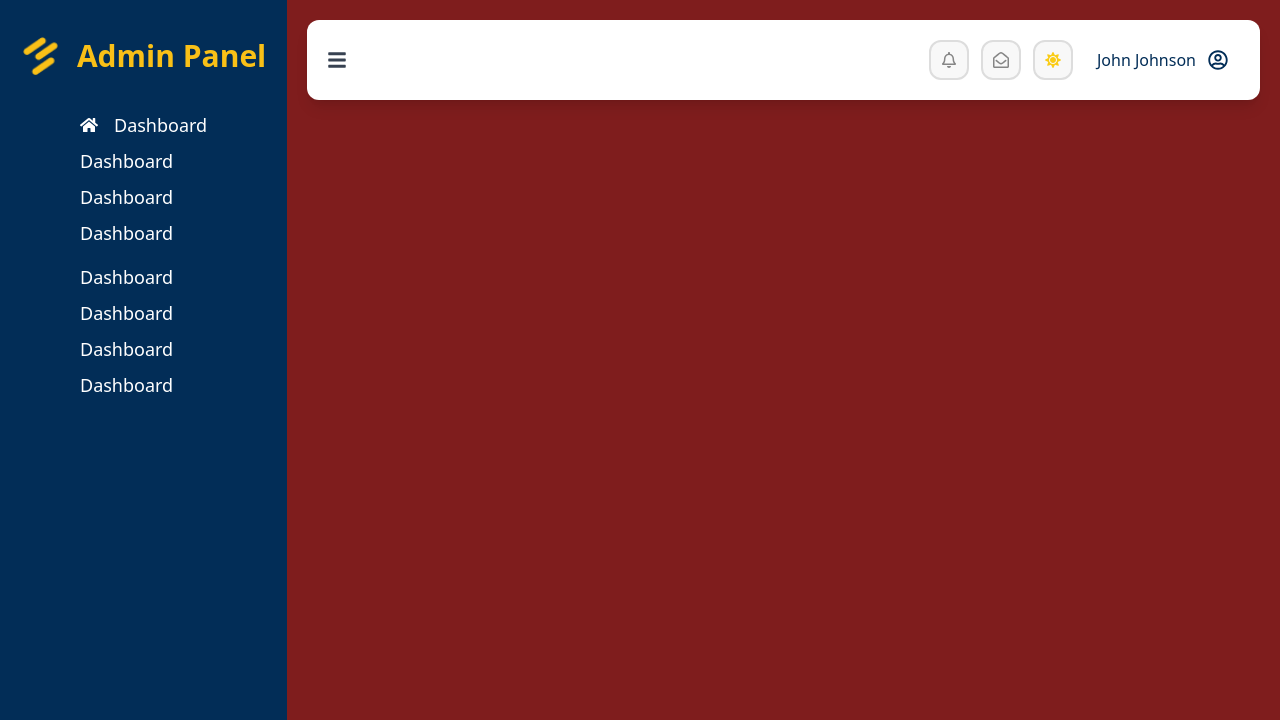
Repository: farrelmuhammad/redesign-bo
Page: /
An editor plug-in stored every save of this project. The page is shown before and after the next save, followed by the edit.
The browser window is 1280 px wide. The pictures show the whole page.
The project was rebuilt for these pictures with package versions that can differ from the ones it lists, and the page was loaded fresh each time. Also part of the build but not shown: src/App.css.

Above is the page before, as saved 2024-03-02 19:47:37.

### src/App.tsx
import React from 'react';
import logo from './logo.svg';
import './App.css';
import Navbar from './components/Navbar';
import Sidebar from './components/Sidebar';

function App() {
  return (
    <section className='bg-red-900 h-screen w-screen flex font-poppins text-white'>
      <Sidebar />
      <Navbar />
    </section>
  );
}

export default App;

### src/components/Navbar.tsx
import React from 'react'
import { FaBars, FaMoon, FaRegBell, FaRegEnvelopeOpen, FaRegUserCircle, FaSun } from "react-icons/fa";

const Navbar = () => {
    return (
        <nav className='bg-white h-20 w-full flex flex-row justify-between items-center px-5 m-5 rounded-xl shadow-lg'>
            <div className="flex flex-1 justify-start items-center">
                <button className='text-xl text-gray-700 hover:text-black'>
                    <FaBars />
                </button>
            </div>
            <div className="flex flex-1 flex-row gap-3 justify-end items-end">
                <button className='flex justify-center items-center h-10 w-10 text-[#868686] bg-[#F8F8F8] rounded-xl border-[2px] border-[#DDDDDD] hover:border-gray-500 hover:text-gray-500'>
                    <FaRegBell />
                </button>
                <button className='flex justify-center items-center h-10 w-10 text-[#868686] bg-[#F8F8F8] rounded-xl border-[2px] border-[#DDDDDD] hover:border-gray-500 hover:text-gray-500'>
                    <FaRegEnvelopeOpen />
                </button>
                <button className='flex justify-center items-center h-10 w-10 rounded-xl border-[2px] border-[#DDDDDD] bg-[#F8F8F8] text-yellow-400 hover:border-gray-500 hover:text-yellow-500'>
                    <FaSun />
                    {/* <FaMoon /> */}
                </button>
                <button className='flex flex-row justify-center items-center py-2 px-3 gap-3 text-[#022D57] hover:text-[#1e183a]'>
                    John Johnson <FaRegUserCircle className='text-xl' />
                </button>
            </div>
        </nav>
    )
}

export default Navbar

### src/components/Sidebar.tsx
import React from 'react'
import Logo from '../assets/images/Logo.png'
import { FaHome } from 'react-icons/fa'

const Sidebar = () => {
    return (
        <aside className='flex flex-col h-full w-1/4 justify-start items-center bg-[#022D57] py-5'>
            <div className="flex flex-row h-20 justify-start gap-4 items-center">
                <img className="h-10 w-10" src={Logo} alt="" />
                <h1 className='font-bold text-3xl text-[#F9C017]'>Admin Panel</h1>
            </div>
            <div className="flex flex-col h-full w-full justify-start gap-4 items-start py-5 px-20">
                <ul className='flex flex-col gap-2 font-medium text-lg'>
                    <li className='flex flex-row justify-start items-center gap-4'>
                        <FaHome /> Dashboard
                    </li>
                    <li>Dashboard</li>
                    <li>Dashboard</li>
                    <li>Dashboard</li>
                </ul>
                <ul className='flex flex-col gap-2 font-medium text-lg'>
                    <li>Dashboard</li>
                    <li>Dashboard</li>
                    <li>Dashboard</li>
                    <li>Dashboard</li>
                </ul>
            </div>
        </aside>
    )
}

export default Sidebar

Loaded but not shown: public/index.html (common file); src/index.tsx (common file); src/index.css (common file); src/reportWebVitals.ts (common file); tailwind.config.js (common file)

After the next save:
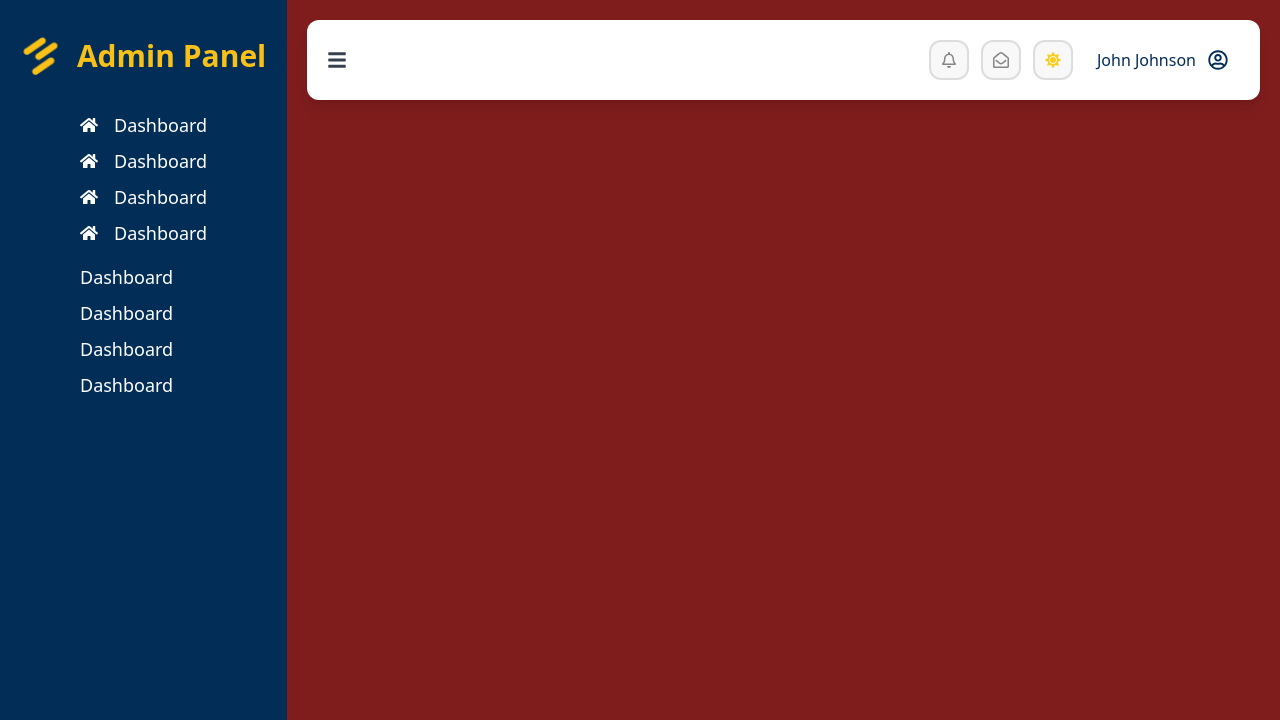
Saved 14 s later.
--- a/src/components/Sidebar.tsx
+++ b/src/components/Sidebar.tsx
@@ -14,9 +14,15 @@ const Sidebar = () => {
                     <li className='flex flex-row justify-start items-center gap-4'>
                         <FaHome /> Dashboard
                     </li>
-                    <li>Dashboard</li>
-                    <li>Dashboard</li>
-                    <li>Dashboard</li>
+                    <li className='flex flex-row justify-start items-center gap-4'>
+                        <FaHome /> Dashboard
+                    </li>
+                    <li className='flex flex-row justify-start items-center gap-4'>
+                        <FaHome /> Dashboard
+                    </li>
+                    <li className='flex flex-row justify-start items-center gap-4'>
+                        <FaHome /> Dashboard
+                    </li>
                 </ul>
                 <ul className='flex flex-col gap-2 font-medium text-lg'>
                     <li>Dashboard</li>
